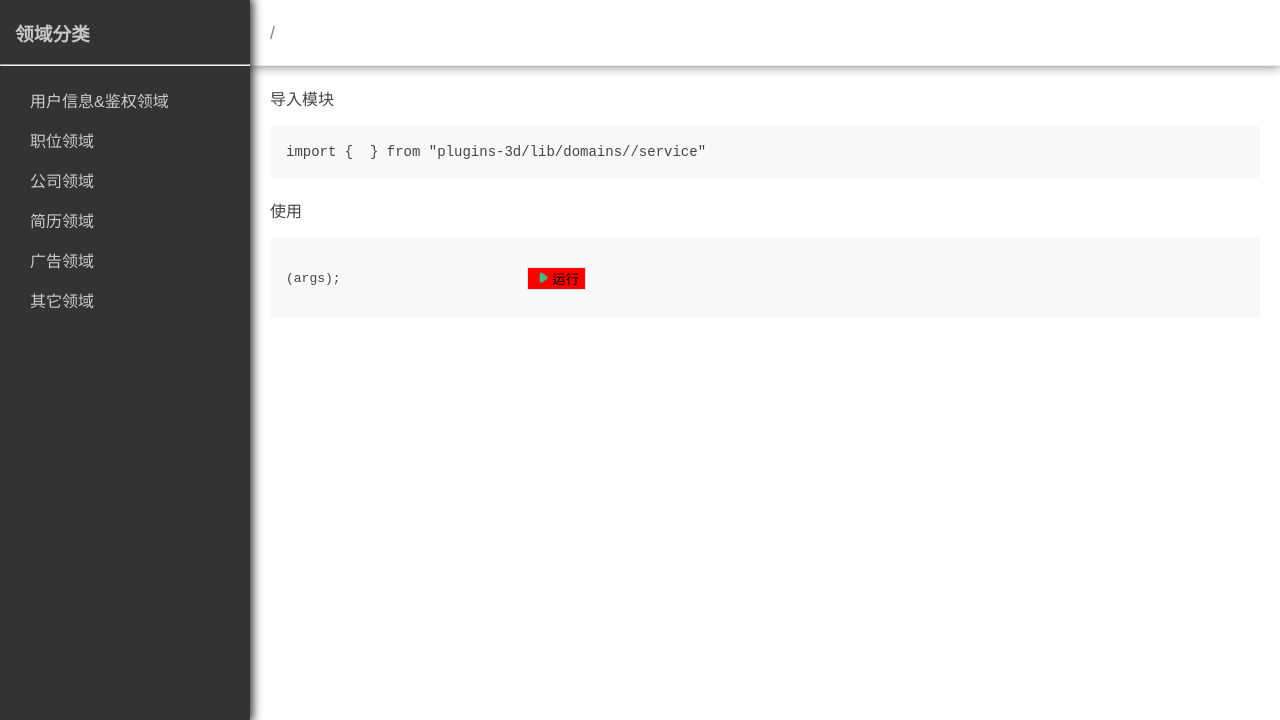
Repository: lsliangshan/inig-3d-doc
Page: /detail
An editor plug-in stored every save of this project. The page is shown before and after a run of saves, followed by the edit.
The browser window is 1280 px wide. The pictures show the whole page.
An inner scrolling area shows only its first screen. The project was rebuilt for these pictures with package versions that can differ from the ones it lists, and the page was loaded fresh each time. Also part of the build but not shown: vue.config.js, src/components/HelloWorld.vue, src/views/Home.vue, src/components/User.vue, src/components/Position.vue, src/components/Company.vue, src/components/Resume.vue, src/components/Ads.vue and 1 more. Imported but missing from the stored project, and not drawn on this page: ../plugins-3d/lib/domains/job/service, ../plugins-3d/lib/domains/user/service.

Above is the page before, as saved 2019-08-08 22:16:10.

### public/index.html
<!DOCTYPE html>
<html lang="en">
  <head>
    <meta charset="utf-8">
    <meta http-equiv="X-UA-Compatible" content="IE=edge">
    <meta name="viewport" content="width=device-width,initial-scale=1.0">
    <link rel="icon" href="<%= BASE_URL %>favicon.ico">
    <title>test-3d</title>
  </head>
  <body>
    <noscript>
      <strong>We're sorry but test-3d doesn't work properly without JavaScript enabled. Please enable it to continue.</strong>
    </noscript>
    <div id="app"></div>
    <!-- built files will be auto injected -->
  </body>
</html>

### src/App.vue
<template>
  <div id="app">
    <div class="nav">
      <h3>领域分类</h3>
      <hr>
      <ul>
        <li v-for="(domain, index) in menus"
            :key="index">
          <a href="javascript: void(0)"
             :class="{active: $route.params && (domain.name === $route.params.domain) }"
             @click="toggleMenu(index)">{{domain.label}}</a>
          <div class="sub_items"
               :style="{height: index === openedMenu ? (domain.children.length * 40 + (domain.children.length > 0 ? 20 : 0) + 'px') : 0}">
            <div class="sub_item_inner"
                 :style="{padding: domain.children.length > 0 ? '5px 15px' : '0'}">
              <div class="sub_item"
                   v-for="(item, index) in domain.children"
                   :key="index">
                <a href="javascript: void(0)"
                   :class="{active: $route.params.methods === item.name}"
                   @click="navigateTo(domain.name, item.name, item.params, item.label)">{{item.label}}</a>
              </div>
            </div>
          </div>
        </li>
      </ul>
    </div>
    <div class="content">
      <div class="inner">
        <router-view :params="currentParems" />
      </div>
    </div>
    <all-svgs></all-svgs>
  </div>
</template>
<script>
  export default {
    name: 'App',
    components: {
      AllSvgs: () => import('./Svgs')
    },
    data () {
      return {
        openedMenu: -1,
        activeSubMenu: '',
        currentParems: {},
        menus: [
          {
            label: '用户信息&鉴权领域',
            name: 'user',
            children: [
              {
                label: '登录',
                name: 'login',
                params: {
                  'username': {
                    type: 'String',
                    default: 'ls',
                    label: '用户名'
                  },
                  'password': {
                    type: 'String',
                    default: '123123',
                    label: '密码'
                  }
                }
              },
              {
                label: '注册',
                name: 'register',
                params: {}
              },
              {
                label: '获取用户详情',
                name: 'getUserDetail',
                params: {}
              }
            ]
          },
          {
            label: '职位领域',
            name: 'job',
            children: [
              {
                label: '获取职位详情',
                name: 'requestJobDetail',
                params: {
                  'number': {
                    type: 'String',
                    default: '',
                    label: '职位详情'
                  }
                }
              },
              {
                label: '获取相似职位',
                name: 'requestSimilarJobs',
                params: {
                  'number': {
                    type: 'String',
                    default: '',
                    label: '职位详情'
                  }
                }
              },
              {
                label: '获取在招职位',
                name: 'requestAreaJobs',
                params: {
                  'number': {
                    type: 'String',
                    default: '',
                    label: '职位详情'
                  }
                }
              },
              {
                label: '获取在招职位所在城市',
                name: 'requestAreaJobCity',
                params: {
                  'number': {
                    type: 'String',
                    default: '',
                    label: '职位详情'
                  }
                }
              },
              {
                label: '收藏职位',
                name: 'requestJobCollection',
                params: {
                  'number': {
                    type: 'String',
                    default: '',
                    label: '职位详情'
                  }
                }
              },
              {
                label: '投递职位',
                name: 'requestJobDeliver',
                params: {
                  'number': {
                    type: 'String',
                    default: '',
                    label: '职位详情'
                  }
                }
              },
              {
                label: '获取职位投递状态',
                name: 'requestJobDeliverStatus',
                params: {
                  'number': {
                    type: 'String',
                    default: '',
                    label: '职位详情'
                  }
                }
              },
              {
                label: '获取最佳雇主',
                name: 'requestBestEmployer',
                params: {
                  'number': {
                    type: 'String',
                    default: '',
                    label: '职位详情'
                  }
                }
              },
              {
                label: '获取最佳雇主评论',
                name: 'requestBestEmployerComment',
                params: {
                  'number': {
                    type: 'String',
                    default: '',
                    label: '职位详情'
                  }
                }
              },
              {
                label: '获取职位的小程序二维码',
                name: 'requestJobMpQrcode',
                params: {
                  'number': {
                    type: 'String',
                    default: '',
                    label: '职位详情'
                  }
                }
              }
            ]
          },
          {
            label: '公司领域',
            name: 'company',
            children: [

            ]
          },
          {
            label: '简历领域',
            name: 'resume',
            children: [

            ]
          },
          {
            label: '广告领域',
            name: 'ads',
            children: [

            ]
          },
          {
            label: '其它领域',
            name: 'other',
            children: [

            ]
          }
        ]
      }
    },
    created () {
      this.openedMenu = this.findOpenedMenuIndex()
      this.currentParems = this.findCurrentParams()
    },
    methods: {
      toggleMenu (index) {
        this.openedMenu = (this.openedMenu === index ? -1 : index)
      },
      findCurrentParams () {
        let i = 0
        let menus = this.menus
        let outParams = []
        for (i; i < menus.length; i++) {
          if (menus[i].name != this.$route.params.domain) {
            continue
          } else {
            for (let j = 0; j < menus[i].children.length; j++) {
              if (menus[i].children[j].name !== this.$route.params.methods) {
                continue
              } else {
                outParams = menus[i].children[j].params
                j = menus[i].children.length
              }
            }
          }
        }
        return outParams
      },
      findOpenedMenuIndex () {
        let i = 0
        let outIndex = -1
        let menus = this.menus
        for (i; i < menus.length; i++) {
          if (this.$route.params.domain === menus[i].name) {
            outIndex = i
            i = menus.length
          }
        }
        return outIndex
      },
      navigateTo (domain, methods, params, label) {
        this.currentParems = params
        document.title = label
        this.$router.replace({
          path: '/' + domain + '/' + methods
        })
      }
    }
  }
</script>

<style>
  body,
  html {
    width: 100%;
    height: 100%;
    padding: 0;
    margin: 0;
  }
  #app {
    font-family: "Avenir", Helvetica, Arial, sans-serif;
    -webkit-font-smoothing: antialiased;
    -moz-osx-font-smoothing: grayscale;
    color: #2c3e50;
    width: 100%;
    height: 100%;
    display: flex;
    flex-direction: row;
  }
  .nav {
    width: 250px;
    height: 100%;
    background-color: #333;
    box-shadow: 0 0 10px 2px #111;
    z-index: 2;
  }
  .nav h3 {
    padding: 0 15px;
    box-sizing: border-box;
    color: #c8c8c8;
  }
  .nav ul {
    height: calc(100% - 100px);
    overflow-y: auto;
  }
  .nav ul li {
    list-style: none;
  }
  .nav ul li {
    position: relative;
    /* height: 48px; */
    display: flex;
    flex-direction: column;
  }
  .nav ul li > a {
    line-height: 40px;
    color: #ccc;
    text-decoration: none;
    transition: color 0.1s ease-in-out;
  }
  .nav ul li > a:hover {
    color: #aaa;
  }
  .nav ul li > a.active {
    color: #42b983 !important;
  }
  .nav ul {
    padding-left: 30px;
  }
  .nav .sub_items {
    width: 100%;
    transition: all 0.25s cubic-bezier(0.215, 0.61, 0.355, 1);
    transform-origin: 50% 0;
    overflow: hidden;
  }
  .nav .sub_items .sub_item_inner {
    box-sizing: border-box;
    background-color: #383838;
    border-radius: 5px;
    box-shadow: 0 0 10px #303030 inset;
  }
  .nav .sub_items .sub_item_inner .sub_item > a {
    display: flex;
    font-size: 14px;
    color: #888;
    line-height: 40px;
    text-decoration: none;
    transition: all 0.1s linear;
  }
  .nav .sub_items .sub_item_inner .sub_item > a:hover {
    color: #ccc;
  }
  .nav .sub_items .sub_item_inner .sub_item > a.active {
    color: #42b983 !important;
    font-size: 15px;
  }

  .content {
    flex: 1;
    height: 100%;
    overflow-y: auto;
    /* padding: 15px; */
    box-sizing: border-box;
    display: flex;
    flex-direction: row;
    align-items: flex-start;
  }
  .content .inner {
    width: 100%;
    height: 100%;
  }
</style>

### src/router.js
import Vue from 'vue'
import Router from 'vue-router'
import Home from './views/Home.vue'
import DomainUser from './components/User'
import DomainPosition from './components/Position'
import DomainCompany from './components/Company'
import DomainResume from './components/Resume'
import DomainAds from './components/Ads'
import DomainOther from './components/Other'

import DomainDetail from './components/Detail'

Vue.use(Router)

export default new Router({
  mode: 'history',
  base: process.env.BASE_URL,
  routes: [
    {
      path: '/',
      redirect: '/user'
    },
    {
      path: '/user',
      name: 'DomainUser',
      // route level code-splitting
      // this generates a separate chunk (about.[hash].js) for this route
      // which is lazy-loaded when the route is visited.
      // component: () => import(/* webpackChunkName: "about" */ './components/User.vue')
      component: DomainUser
    },
    {
      path: '/position',
      name: 'DomainPosition',
      component: DomainPosition
    },
    {
      path: '/company',
      name: 'DomainCompany',
      component: DomainCompany
    },
    {
      path: '/resume',
      name: 'DomainResume',
      component: DomainResume
    },
    {
      path: '/ads',
      name: 'DomainAds',
      component: DomainAds
    },
    {
      path: '/other',
      name: 'DomainOther',
      component: DomainOther
    },
    {
      path: '/:domain/:methods',
      name: 'Detail',
      component: DomainDetail
    },
    {
      path: '/detail',
      name: 'Detail2',
      component: DomainDetail
    }
  ]
})

### src/Svgs.vue
<template>
  <svg xmlns="http://www.w3.org/2000/svg"
       xmlnsXlink="http://www.w3.org/1999/xlink"
       style="position: absolute; width: 0; height: 0">
    <defs>

      <symbol viewBox="0 0 1024 1024"
              id="copy">
        <path d="M672 832 224 832c-52.928 0-96-43.072-96-96L128 160c0-52.928 43.072-96 96-96l448 0c52.928 0 96 43.072 96 96l0 576C768 788.928 724.928 832 672 832zM224 128C206.368 128 192 142.368 192 160l0 576c0 17.664 14.368 32 32 32l448 0c17.664 0 32-14.336 32-32L704 160c0-17.632-14.336-32-32-32L224 128zM800 960 320 960c-17.664 0-32-14.304-32-32s14.336-32 32-32l480 0c17.664 0 32-14.336 32-32L832 256c0-17.664 14.304-32 32-32s32 14.336 32 32l0 608C896 916.928 852.928 960 800 960zM544 320 288 320c-17.664 0-32-14.336-32-32s14.336-32 32-32l256 0c17.696 0 32 14.336 32 32S561.696 320 544 320zM608 480 288.032 480c-17.664 0-32-14.336-32-32s14.336-32 32-32L608 416c17.696 0 32 14.336 32 32S625.696 480 608 480zM608 640 288 640c-17.664 0-32-14.304-32-32s14.336-32 32-32l320 0c17.696 0 32 14.304 32 32S625.696 640 608 640z"></path>
      </symbol>

      <symbol viewBox="0 0 1024 1024"
              id="play">
        <path d="M713.896 393.15l-240-158.691c-80.996-54.004-150-17.987-150 80.996v360c0 98.73 65.703 134.707 150 80.703l240-158.711c80.724-60 80.724-150 0-203.984v-0.313z"></path>
      </symbol>
    </defs>
  </svg>
</template>

### src/components/Detail.vue
<template>
  <div class="detail_container">
    <headers></headers>
    <div class="detail_content_container">
      <detail-content :params="params"></detail-content>
    </div>
    <!-- <p v-if="$route.params.domain">领域：{{$route.params.domain}}</p>
    <p v-if="$route.params.methods">方法：{{$route.params.methods}}</p> -->
  </div>
</template>
<style scoped>
  .detail_container {
    width: 100%;
    height: 100%;
  }
  .detail_content_container {
    width: 100%;
    height: calc(100% - 66px);
    box-sizing: border-box;
  }
</style>

<script>
  export default {
    name: 'Detail',
    components: {
      Headers: () => import('./parts/Headers.vue'),
      DetailContent: () => import('./parts/DetailContent.vue')
    },
    props: {
      params: {
        type: Object,
        default () {
          return {}
        }
      }
    },
    data () {
      return {}
    },
    mounted () {

    }
  }
</script>

### src/components/parts/Headers.vue
<template>
  <div class="detail_header">
    <a href="javascript: void(0)">{{$route.params.domain}} / {{$route.params.methods}}</a>
    <!-- <div class="detail_header_right">
      <div class="import_text"
           :class="{show: !miniScreen}"
           title="点击复制">
        import { {{$route.params.methods}} } from "plugins-3d/lib/domains/{{$route.params.domain}}/service"
      </div>
      <svg>
        <use xlink:href="#copy"></use>
      </svg>
    </div> -->
  </div>
</template>
<style scoped>
  .detail_header {
    position: sticky;
    top: 0;
    width: 100%;
    height: 66px;
    background-color: #fff;
    box-shadow: 0 1px 10px #888;
    padding: 0 20px;
    box-sizing: border-box;
    border-bottom: 1px solid #eee;
    display: flex;
    flex-direction: row;
    align-items: center;
    justify-content: space-between;
  }
  .detail_header a {
    max-width: 320px;
    height: 66px;
    font-size: 18px;
    color: #888;
    line-height: 40px;
    text-decoration: none;
    display: inline-flex;
    flex-direction: row;
    align-items: center;
    justify-content: flex-start;
  }
  .detail_header_right {
    height: 66px;
    width: calc(100% - 320px);
    display: inline-flex;
    flex-direction: row;
    align-items: center;
    justify-content: flex-end;
  }
  .import_text {
    max-width: 80%;
    margin-right: 15px;
    color: #888;
    text-align: right;
    transition: all 0.03s ease-in-out;
    opacity: 0;
  }
  .import_text.show {
    opacity: 1;
  }
  .detail_header_right svg {
    width: 24px;
    height: 24px;
    fill: #888;
    transition: all 0.2s linear;
    cursor: pointer;
  }
  .detail_header_right svg:hover {
    fill: #333;
  }
</style>

<script>
  export default {
    name: 'DetailHeader',
    props: {},
    data () {
      return {
        miniScreen: true
      }
    },
    mounted () {
      window.addEventListener('resize', this.resetMiniScreen, false)
    },
    methods: {
      resetMiniScreen () {
        this.miniScreen = (document.documentElement.offsetWidth < 1200)
      }
    }
  }
</script>

### src/components/parts/DetailContent.vue
<template>
  <div class="detail_container">
    <div class="highlight">
      <p>导入模块</p>
      <div class="highlight_code">
        <pre>import { {{$route.params.methods}} } from "plugins-3d/lib/domains/{{$route.params.domain}}/service"</pre>
        <svg>
          <use xlink:href="#copy"></use>
        </svg>
      </div>
    </div>
    <div class="highlight">
      <p>使用</p>
      <!-- <pre>{{JSON.stringify(params, null, 2)}}</pre> -->
      <div class="form_container">
        <form class="methods_form"
              action="javascript:void(0)">
          <div class="form_item"
               v-for="(value, key) in params"
               :key="key">
            <label :for="key">{{value.label}}
              <!-- <pre style="display: inline;">&#9;</pre> -->
            </label>
            <input type="text"
                   class="custom_input"
                   :id="key"
                   :value="value.default"
                   :placeholder="'请输入' + value.label"
                   :name="key" />
          </div>
          <div class="form_footer">
            <code>{{$route.params.methods}}(args);</code>
            <button class="btn_run">
              <svg>
                <use xlink:href="#play"></use>
              </svg>
              运行
            </button>
          </div>
        </form>
      </div>
    </div>
    <div class="detail_content"
         style="height: 2000px;"></div>
  </div>
</template>
<style scoped>
  .detail_container {
    width: 100%;
    height: 100%;
    color: #444;
    overflow: auto;
  }
  .import_text {
    position: sticky;
    left: 0;
    top: 0;
    width: 100%;
    height: 48px;
    padding: 0 20px;
    box-sizing: border-box;
    display: flex;
    flex-direction: row;
    align-items: center;
    justify-content: flex-start;
    background-color: #ffffff;
  }
  .highlight {
    padding: 0 20px;
    margin-top: 20px;
    box-sizing: border-box;
  }
  .highlight_code {
    position: relative;
  }
  .highlight_code pre {
    background-color: #f6f8fa;
    border-radius: 3px;
    font-size: 14px;
    line-height: 1.45;
    overflow: auto;
    padding: 16px;
  }
  .highlight_code svg {
    fill: #444;
    position: absolute;
    top: 5px;
    right: 5px;
    width: 20px;
    height: 20px;
    display: flex;
    flex-direction: row;
    align-items: center;
    justify-content: center;
    cursor: pointer;
    opacity: 0;
    transition: all 0.2s ease-in-out;
  }
  .highlight_code:hover svg {
    opacity: 1;
  }

  .form_container {
    width: 100%;
    padding: 16px;
    box-sizing: border-box;
    background-color: #f6f8fa;
  }
  .methods_form {
    width: 300px;
    display: flex;
    flex-direction: column;
  }
  .methods_form .form_item {
    width: 100%;
    margin: 10px 0;
    display: flex;
    flex-direction: row;
    align-items: center;
    justify-content: space-between;
  }
  .custom_input {
    display: inline-block;
    width: 200px;
    height: 32px;
    line-height: 1.5;
    padding: 4px 7px;
    box-sizing: border-box;
    font-size: 14px;
    border: 1px solid #dcdee2;
    border-radius: 4px;
    color: #515a6e;
    background-color: #fff;
    background-image: none;
    position: relative;
    cursor: text;
    transition: border 0.2s ease-in-out, background 0.2s ease-in-out,
      box-shadow 0.2s ease-in-out;
  }
  .form_footer {
    width: 300px;
    height: 48px;
    display: flex;
    flex-direction: row;
    align-items: center;
    justify-content: space-between;
  }
  .form_footer .btn_run {
    border: 1px solid #e0e0e0;
    background-color: #f00;
    transition: all 0.2s ease-in-out;
    cursor: pointer;
    display: flex;
    flex-direction: row;
    align-items: center;
    justify-content: space-between;
  }
  .form_footer .btn_run:focus {
    outline: none;
  }
  .form_footer .btn_run:active {
    background-color: red;
  }
  .form_footer .btn_run svg {
    fill: #42b983;
    width: 18px;
    height: 18px;
  }
</style>

<script>
  export default {
    name: 'DetailContent',
    props: {
      params: {
        type: Object,
        default () {
          return {}
        }
      }
    },
    data () {
      return {}
    }
  }
</script>

Loaded but not shown: src/main.js (common file); src/store.js (common file)

After the next 2 saves:
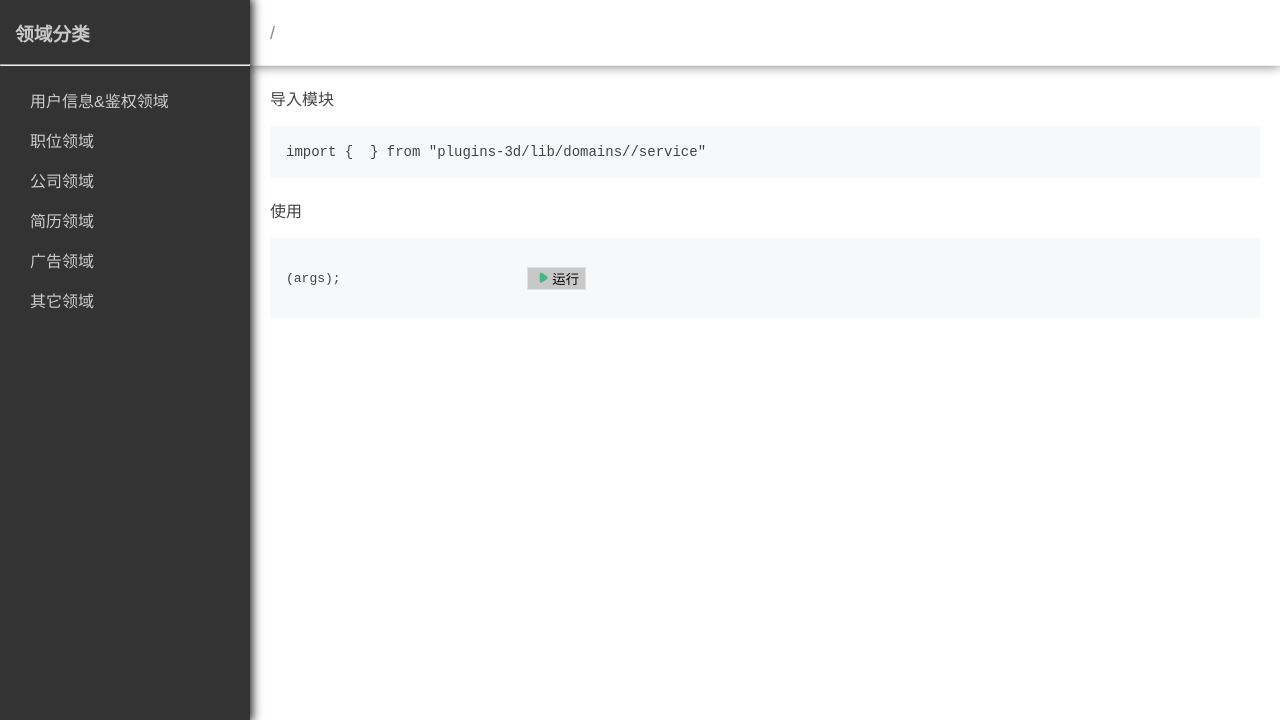
The 2 saves are shown as one change because they came seconds apart.
The last was saved 11 s later.
--- a/src/components/parts/DetailContent.vue
+++ b/src/components/parts/DetailContent.vue
@@ -147,7 +147,7 @@
   }
   .form_footer .btn_run {
     border: 1px solid #e0e0e0;
-    background-color: #f00;
+    background-color: #c8c8c8;
     transition: all 0.2s ease-in-out;
     cursor: pointer;
     display: flex;
